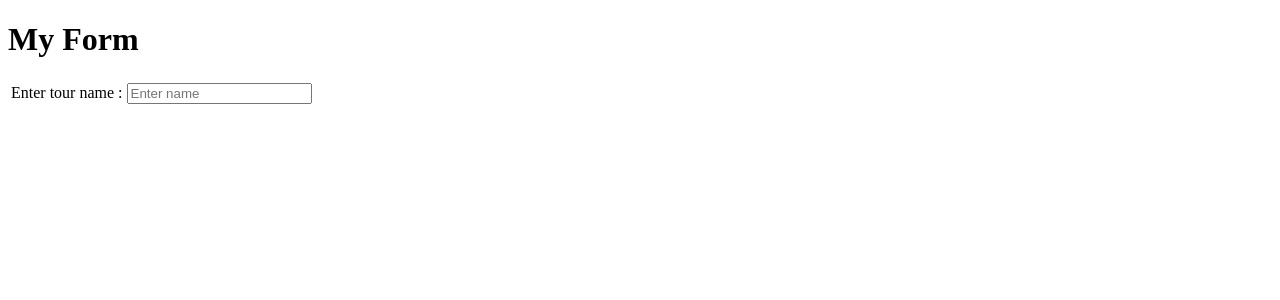
Repository: ShaileshMishr/Javanew
Page: Youtube/src/main/webapp/index.html
These files come from the project's save history. The page is drawn as it stood at one moment and after the next save; the edit follows.
The browser window is 1280 px wide. The pictures show the whole page.

Above is the page before, as saved 2023-10-10 18:38:23.

After the next save:
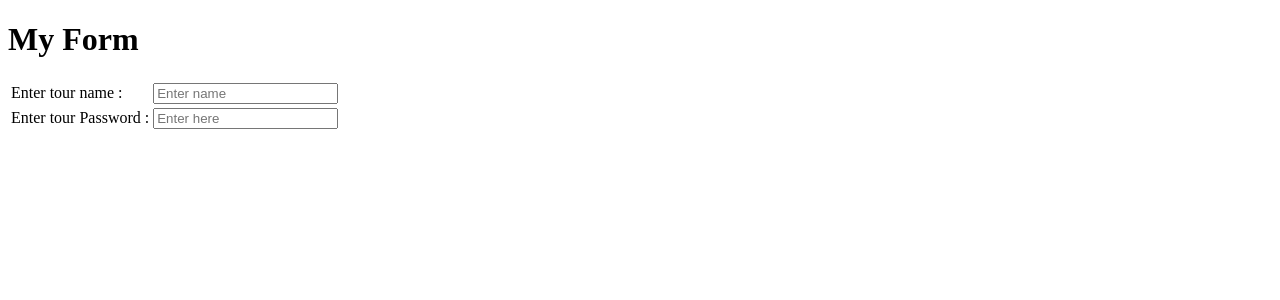
Saved 46 s later.
--- a/Youtube/src/main/webapp/index.html
+++ b/Youtube/src/main/webapp/index.html
@@ -13,6 +13,10 @@
 				<td>Enter tour name :</td>
 				<td><input type="text" name="user_name" placeholder="Enter name" /></td>
 			</tr>
+			<tr>
+				<td>Enter tour Password :</td>
+				<td><input type="password" name="user_password" placeholder="Enter here" /></td>
+			</tr>
 		</table>
 	</form>
 
